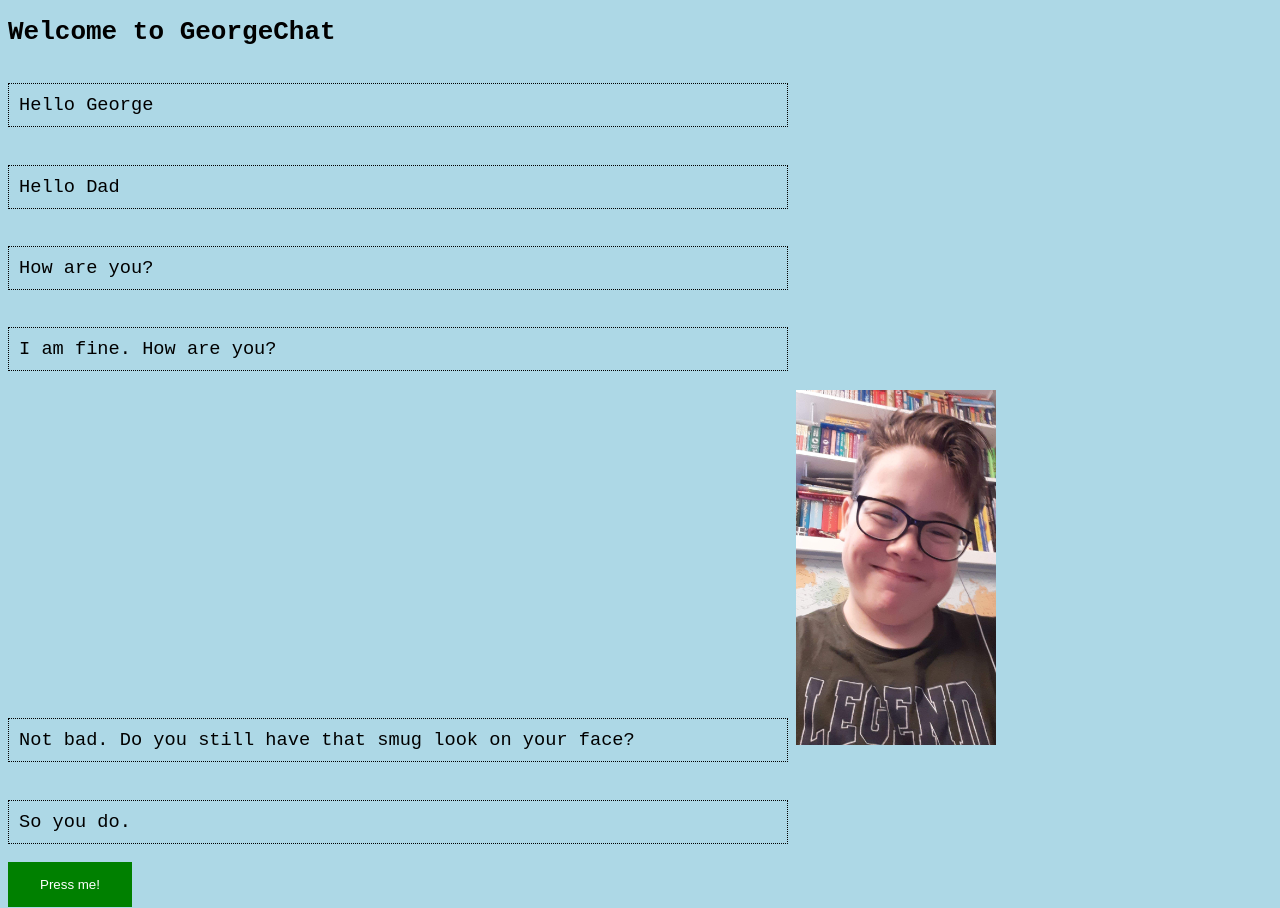
Repository: georgefyles/playground
Page: playground/src/resources/html/test.html
The author's editor kept a record of every edit. The page is drawn from the files as they stood at one moment, then again after the next edit.
The browser window is 1280 px wide. The pictures show the whole page.

Above is the page before.

### playground/src/resources/html/test.html
<!DOCTYPE html>
<html>

  <head>
	<title>Page Title</title>
	<link rel="stylesheet" href="test.css" type="text/css" />
  </head>

  <body>

    <h1 id="chat-title">Welcome to GeorgeChat</h1>

    <div id="chat-messages">

      <p class="you-talking">Hello George</p>

      <p class="me-talking">Hello Dad</p>

      <p class="you-talking">How are you?</p>

  	  <p class="me-talking">I am fine. How are you?</p>

      <p class="you-talking">Not bad. Do you still have that smug look on your face?</p>

      <img src="../images/george.jpeg" class="me-talking chat-image" />

      <p class="you-talking">So you do.</p>

    </div>

    <div id="chat-controls">
      <button>Press me!</button>
    </div>

  </body>
</html>

### playground/src/resources/html/test.css
body {
    background-color: lightblue;
    font-family: monospace;
}

#Title {
    font-size: 18pt;
    text-align: center;
    color: red;
    text-decoration: underline;
}

button {
    background-color: green;
    border: none;
    color: white;
    padding: 15px 32px;
    text-align: center;
    text-decoration: none;
    display: inline-block;
}

p {
    font-size: 14pt;
    border: 1px dotted black;
    padding: 10px;
    display: inline-block;
    width: 60%;
}

p.you-spoke {
    color: limegreen;
    float: left;
    clear: right;
}

p.i-spoke {
    color: blue;
    float: right;
    clear: left;
}

img.chat-image {
    width: 200px;
}

After the next edit:
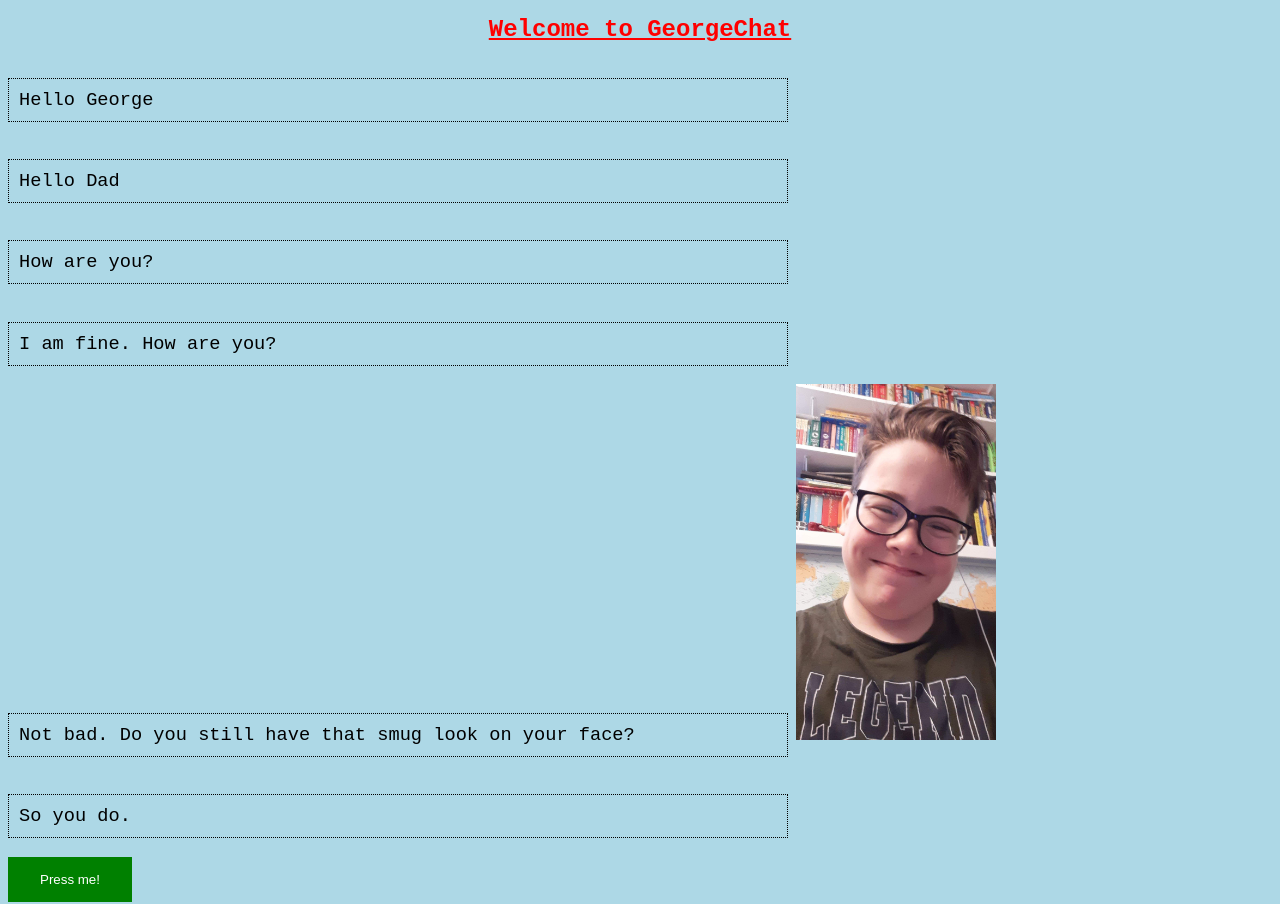
The edit:
--- a/playground/src/resources/html/test.css
+++ b/playground/src/resources/html/test.css
@@ -3,7 +3,7 @@
     font-family: monospace;
 }
 
-#Title {
+#chat-title {
     font-size: 18pt;
     text-align: center;
     color: red;
